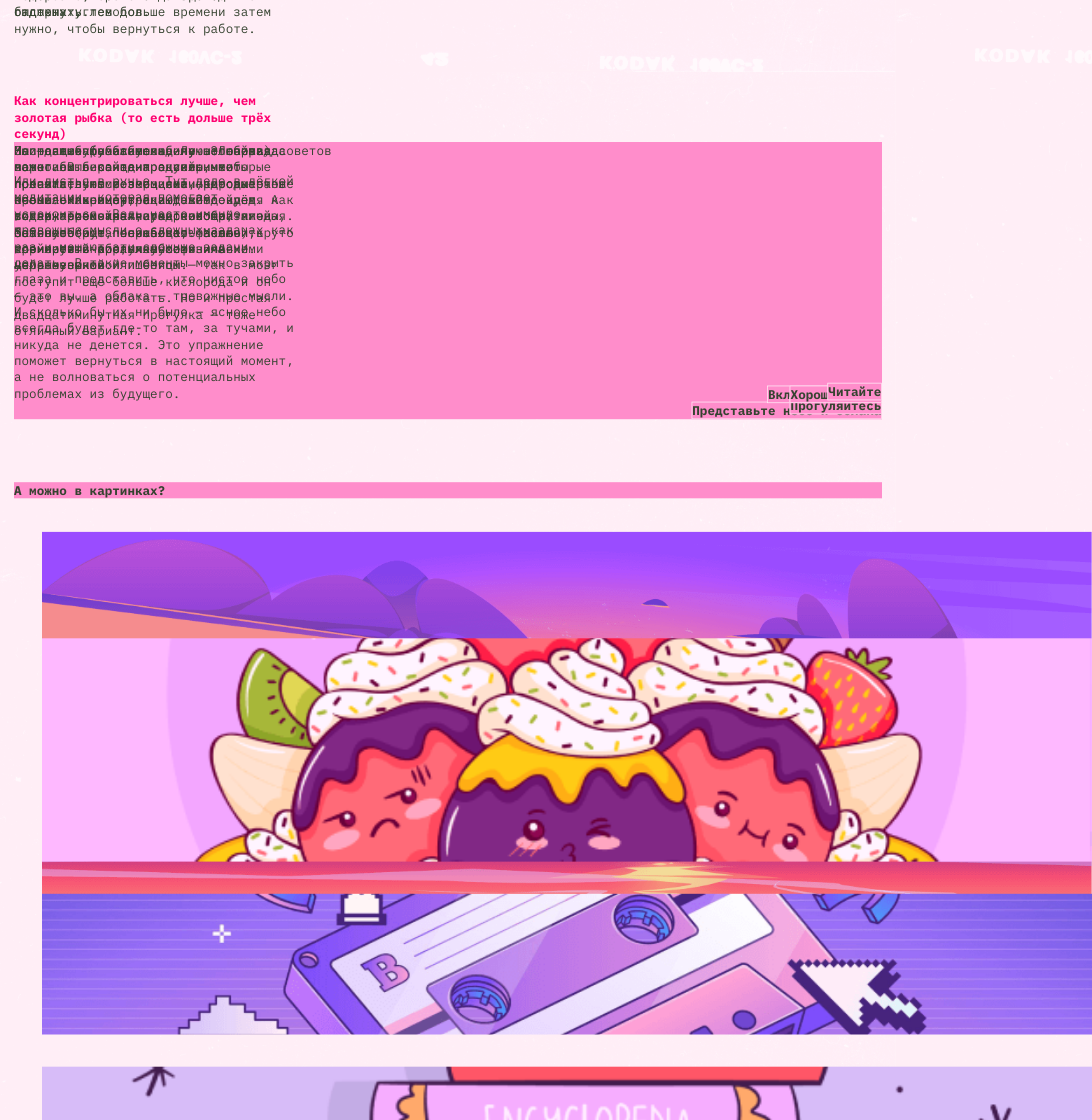
Repository: NikWolf75/slozhno-sosredotochitsya-fd
Page: index.html
An editor plug-in stored every save of this project. The page is shown before and after the next save, followed by the edit.
The browser window is 1280 px wide. The page is 1560 px wide, so the pictures cover 1560 px, including what lies to the right of the window. The pictures show the part of the page from y = 1497 to 3097 px (the page is 4385 px tall before and 4360 px after), at 70% of full size.
Backgrounds fixed to the window are drawn as part of the page.

Above is the page before, as saved 2025-02-27 21:06:13.

### index.html
<!DOCTYPE html>
<html lang="ru">
  <head>
    <meta charset="UTF-8" />
    <meta http-equiv="X-UA-Compatible" content="IE=edge" />
    <meta name="viewport" content="width=device-width, initial-scale=1.0" />
    <meta name="color-scheme" content="dark light" />
    <link rel="stylesheet" href="/fonts/fonts.css" />
    <link rel="stylesheet" href="/styles/globals.css" />
    <link rel="stylesheet" href="/styles/variables.css" />
    <link rel="stylesheet" href="/styles/style.css" />
    <link rel="stylesheet" href="/styles/dark.css" />
    <link rel="stylesheet" href="/styles/light.css" />
    <link rel="icon" href="/images/favicon.ico" sizes="any" />
    <link rel="icon" href="/images/favicon.svg" type="image/svg+xml" />
    <title>Сложно сосредоточиться</title>
    <script src="./scripts/script.js"></script>
  </head>
  <body class="page">
    <header class="header decorated-zone">
      <p class="rec_element">REC</p>
      <nav class="header__theme-menu">
        <ul class="header__theme-menu-list">
          <li class="header__theme-menu-item">
            <button
              class="header__theme-menu-button header__theme-menu-button_type_light"
            >
              День
            </button>
          </li>
          <li class="header__theme-menu-item">
            <button
              class="header__theme-menu-button header__theme-menu-button_active header__theme-menu-button_type_auto"
              disabled
            >
              Авто
            </button>
          </li>
          <li class="header__theme-menu-item">
            <button
              class="header__theme-menu-button header__theme-menu-button_type_dark"
            >
              Неон
            </button>
          </li>
        </ul>
      </nav>
      <h1 class="title_main">no focus</h1>
      <div class="title-decor">
        <p>Что делать, когда не можешь делать ничего</p>
        <p>
          Или почему нам так сложно сконцентрироваться, особенно когда очень
          надо
        </p>
      </div>
    </header>
    <main class="content">
      <section class="content__section">
        <h2 class="question_text">Почему сосредоточиться так сложно</h2>
        <article class="content__answers">
          <h3 class=".content__answer-short">Многозадачность</h3>
          <p class="answer_large">
            Особенно сложно сосредоточиться, когда задач много и все они —
            важные. Где же легендарная многозадачность, когда она так нужна вам
            (и всем нанимающим менеджерам этого мира)? А дело в том, что её
            просто не существует. Исследователи
            <a class="link-text" href="#0">выяснили</a>, что мозгу тяжело
            концентрироваться даже на двух делах одновременно. А когда в поле
            внимания попадает несколько важных задач, организм паникует и
            выделяет кортизол и адреналин — «гормоны стресса». Из-за этого мы
            работаем невнимательно: ошибаемся и быстро устаём.
          </p>
        </article>
        <article class="content__answers">
          <h3 class=".content__answer-short">Дофамин</h3>
          <p class="answer_large">
            С гормонами стресса всё понятно, но дальше — ещё интереснее. В нашей
            невозможности сосредоточиться замешана и полная противоположность
            стрессу — дофамин. Это вещество участвует в системе вознаграждения
            мозга. Причём тут он? Мы часто отвлекаемся от важной задачи на
            что-то более «приятное» для мозгов. Например, смотрим лайки в
            соцсетях. В это время и выделяется дофамин — и мы чувствуем
            удовольствие. Получается замкнутый круг: чем больше отвлекаешься,
            тем больше удовольствия получаешь.
          </p>
        </article>
      </section>
      <section class="content__section content__what">
        <h2 class="question_text">Что снижает концентрацию внимания?</h2>
        <article class="content__answers">
          <h3 class="content__answer-short">Многозадачность</h3>
          <p class="answer_large">
            Как концентрация может снижаться из-за… концентрации? Любая
            стрессовая ситуация (и резко меняющийся мир в целом) заставляет наш
            мозг постоянно «сканировать» окружающую среду на предмет опасности.
            Например, читать новости вместо работы. Но быть собранными всё время
            — невозможно. Концентрация — мышца, и она может не выдержать, если
            не давать ей отдохнуть.
          </p>
        </article>
        <article class="content__answers">
          <h3 class="content__answer-short">Еда</h3>
          <p class="answer_large">
            «Быстрые углеводы» — сахар, белый хлеб, сладости — молниеносно
            доставляют в мозг энергию и помогают ему лучше работать. Но уходит
            эта энергия также быстро, как и приходит. А мы в результате попадаем
            на «углеводные качели»: как только действие «быстрых углеводов»
            заканчивается, мы чувствуем усталость и сонливость. И хотим ещё
            больше быстрых углеводов.
          </p>
        </article>
        <article class="content__answers">
          <h3 class="content__answer-short">Гаджеты</h3>
          <p class="answer_large">
            Да-да, это та самая ситуация, когда на экране ноутбука — код, в
            наушниках — подкаст, а на компьютере фоном — ещё и видео с забавными
            утятами. В результате мозг пытается переключиться с одной задачи на
            другую — и просто не может. А чтобы вернуться к состоянию полной
            концентрации, человеку в среднем нужно 20 минут. Вот и получается,
            что чем больше времени мы проводим в гаджетах, тем больше времени
            затем нужно, чтобы вернуться к работе.
          </p>
        </article>
      </section>
      <section class="content__section">
        <h2 class="question_text">
          Как концентрироваться лучше, чем золотая рыбка (то есть дольше трёх
          секунд)
        </h2>
        <article class="content__answers advice">
          <h3 class="content__answer-short sub_content__answer-short">
            5 простых (на самом деле не очень) советов
          </h3>
          <h4 class="content__section-text_block-undertitle title-decor">
            Представьте небо и облака
          </h4>
          <p class="answer_large">
            Или листья в ручье. Тут дело в лёгкой медитации, которая помогает
            успокоиться. Ведь часто именно тревожные мысли о сложных задачах как
            раз и мешают эти сложные задачи делать. В такие моменты можно
            закрыть глаза и представить, что чистое небо — это вы, а облака —
            тревожные мысли. И сколько бы их ни было — ясное небо всегда будет
            где-то там, за тучами, и никуда не денется. Это упражнение поможет
            вернуться в настоящий момент, а не волноваться о потенциальных
            проблемах из будущего.
          </p>
        </article>
        <article class="content__answers">
          <h4 class="content__section-text_block-undertitle title-decor">
            Включите музыку
          </h4>
          <p class="answer_large">
            Но не любую, и не любимую. Любимая может быть связана с сильными
            положительными эмоциями, которые тоже очень сильно отвлекают.
            Подойдёт тихая, спокойная, умеренно-ритмичная. Можно вообще
            попробовать включить плейлист с «белым шумом» или нейромузыкой.
          </p>
        </article>
        <article class="content__answers">
          <h4 class="content__section-text_block-undertitle title-decor">
            Прогуляйтесь
          </h4>
          <p class="answer_large">
            Или даже пробегитесь. Лучше найти парк или лес: один эксперимент
            <a class="link-text" href="#0">показал</a>, что созерцание природы
            повышает концентрацию, в то время как после просмотра городских
            пейзажей она наоборот понижается. Можно совместить прогулку с
            физическими упражнениями или бегом — так в мозг поступит ещё больше
            кислорода и он будет лучше работать. Но и простая двадцатиминутная
            прогулка — тоже отличный вариант.
          </p>
        </article>
        <article class="content__answers">
          <h4 class="content__section-text_block-undertitle title-decor">
            Хорошо ешьте
          </h4>
          <p class="answer_large">
            Мы — не ваша бабушка, но это правда важно. Выбирайте продукты,
            которые препятствуют резким скачкам сахара в крови. Например, с
            высоким содержанием клетчатки: овощи, ягоды, бобовые (нут, чечевица,
            фасоль), коричневый рис, хлеб из цельнозерновой пшеницы.
          </p>
        </article>
        <article class="content__answers">
          <h4 class="content__section-text_block-undertitle title-decor">
            Читайте
          </h4>
          <p class="answer_large">
            Настоящие бумажные книги. Это правда помогает с концентрацией: чтобы
            прочитать пост в соцсети, достаточно нескольких минут или даже
            секунд. А вот интересная книга способна затянуть и на несколько
            часов и круто тренирует направленное внимание.
          </p>
        </article>
      </section>
      <section class="content__section content__gallery">
        <h2 class="content__answer-short">А можно в картинках?</h2>
        <div class="gallery">
          <figure class="gallery__item">
            <img
              class="content__section-image"
              src="./images/sunset.png"
              alt="Вид острова на закате"
              loading="lazy"
            />
          </figure>
          <figure class="gallery__item">
            <img
              class="gallery__section-image"
              src="./images/ice-cream.png"
              alt="Чаша с мороженным"
              loading="lazy"
            />
          </figure>
          <figure class="gallery__item">
            <img
              class="gallery__section-image"
              src="./images/tape.png"
              alt="Кассета"
              loading="lazy"
            />
          </figure>
          <figure class="gallery__item">
            <img
              class="gallery__section-image"
              src="./images/books.png"
              alt="Стопка книг"
              loading="lazy"
            />
          </figure>
          <figure class="gallery__item">
            <img
              class="gallery__section-image"
              src="./images/street.png"
              alt="Улица"
              loading="lazy"
            />
          </figure>
        </div>
      </section>
    </main>
    <footer class="footer decorated-zone">
      <h2 class="title_main footer__title">focus</h2>
    </footer>
  </body>
</html>

### styles/globals.css
*,
*::before,
*::after {
  box-sizing: border-box;
}

body {
  min-inline-size: 375px;
  max-inline-size: 1440px;
  margin: 0 auto;
  padding: 0;
}

h1,
h2,
h3,
h4,
h5,
h6,
p {
  margin: 0;
}

ul {
  margin: 0;
  padding: 0;
  list-style: none;
}

picture {
  margin: 0;
  padding: 0;
}

button,
a {
  font-family: inherit;
  font-size: inherit;
  line-height: inherit;
  text-decoration: none;
  color: currentColor;
  appearance: none;
  margin: 0;
  padding: 0;


}

### styles/variables.css
:root {
  --main-font: 'IBM Plex mono';
}

### styles/style.css
.page {
  display: flex;
  flex-direction: column;
  font-family: var(--main-font), monospace;
  font-size: var(--main-font-size, 18px);
  position: relative;
  font-weight: 700;
  background-color: var(--main-background-color);
  background-image: var(--main-background-image, url("../images/cover-image-dark.png"));
  background-repeat: no-repeat;
  background-attachment: fixed;
  background-position: center;
  background-size: cover;
  color: var(--main-font-color);
 }

.decorated-zone {
  position: relative;
}

.decorated-zone::after,
.decorated-zone::before {
  position: absolute;
  inline-size: 25px;
  block-size: 25px;
  content: "";
  border: 1px solid var(--corner-color);
}

.decorated-zone::after {
  border-top: none;
  border-right: none;
  bottom: 10px;
  left: 10px;
}

@media (width >= 768px) {
  .decorated-zone::before {
    right: 20px;
    top: 20px;
  }
}

.decorated-zone::before {
  border-left: none;
  border-bottom: none;
  right: 10px;
  top: 10px;
}

@media (width >= 768px) {
  .decorated-zone::before {
    bottom: 20px;
    left: 20px;
  }
}

.rec_element {
  position: absolute;
  align-self: start;
  justify-self: end;
  margin: 0;
  right: 10px;
  margin-right: 28px;
  grid-column: 3;
  grid-row: 1;
  color: var(--rec-theme-color);
  gap: 10px;
}

@media (width >= 768px) {
  .rec_element {
    right: 20px;
  }
}

.rec_element::after {
  content: "";
  border-radius: 50%;
  position: absolute;
  top: 8px;
  left: 44px;
  background: var(--accent-color);
  width: 10px;
  height: 10px;
  box-shadow: 0 0 4px 2px var(--accent-color)
}

.header {
  display: grid;
  grid-template-columns: repeat(3, 1fr);
  grid-template-rows: 1fr min-content 1fr;
  align-items: center;
  justify-items: end;
  position: relative;
  block-size: min(668px, 100vh);
  padding: var(--main-padding-small, 10px);
  inline-size: 100%;
 }

 @media (width >= 768px) {
  .header {
    padding: 20px 20px 20px 0;
    block-size: max(1024px, 100vh);
  }
 }

 @media (width >= 1024px) {
  .header {
    block-size: max(768px, 100vh);
  }
 }

 .header__theme-menu {
  grid-column: 3;
  grid-row: 1;
  justify-self: end;
  align-self: center;
}

@media (width >= 1024px) {
  .header__theme-menu {
    grid-column: 1 / -1;
    align-self: start;
    justify-self: center;
    margin-left: 20px;
  }
 }

.header__theme-menu-list {
  display: flex;
  flex-direction: column;
  list-style: none;
  row-gap: 10px;
}

@media (width >= 1024px) {
  .header__theme-menu-list {
    display: flex;
    flex-direction: row;
    column-gap: 10px;
  }
 }

.header__theme-menu-button {
  font-family: inherit;
  background: transparent;
  color: var(--button-text-color);
  border: none;
  text-transform: lowercase;
  border: none;
  height: 26px;
  padding-right: 13px;
  padding-left: 13px;
}

.header__theme-menu-bitton:hover {
  outline: 1px solid var(--button-outline-color)
}

.header__theme-menu-button_active {
  outline: 1px solid var(--button-theme-colo);
}

.header__theme-menu-button:focus {
  outline: none;
  text-decoration: underline;
}

.header__theme-menu-button:focus-visible {
  outline: none;
  text-decoration: underline;
}

.title_main {
  font-family: inherit;
  font-size: clamp(7.25rem, 7.0115rem + 1.0178vw, 7.5rem);
  line-height: 95.7px;
  color: var(--title-main-text-color);
  text-shadow: 4px 4px 0 var(--accent-color);
  cursor: default;
  grid-column: 1 / -1;
  grid-row: 2;
}

@media (width >= 1024px) {
  .title_main {
    line-height: 129px;
  }
}

@media (width >= 768px) {
  .title_main {
    font-size: clamp(7.5rem, 0.5625rem + 14.4531vw, 9.8125rem);
    font-weight: 700;
    line-height: 99px;
  }
}

.title-decor {
  font-weight: 700;
  font-family: var(--main-font), monospace;
  line-height: 23px;
  background-color: var(--accent-color);
  color: var(--title-font-color);
  grid-row: 3;
  grid-column: 1 / -1;
  border: 1px solid var(--main-background-color);
  margin: 0;
  justify-self: end;
  align-self: center;
}

@media (width >= 768px) {
  .title-decor {
    max-width: 49%;
  }
}

.content {
  display: flex;
  box-sizing: border-box;
  flex-direction: column;
  padding: 40px 10px 0 10px;
  row-gap: 50px;
}

@media (width >= 768px) {
  .content {
    padding: 60px 20px 20px 20px;
    row-gap: 80px;
  }
  .content__section {
    display: grid;
    grid-template-columns: 1fr 2fr;
    column-gap: 20px;
  }
}

@media (width >= 1024px) {
  .content__section {
    column-gap: 10px;
  }
}

.content__what, .content__answers {
  margin-bottom: 20px;
}

.content__what, .content__answers:last-of-type {
  margin-bottom: 0;
}

.content__gallery, .content__answer-short {
  font-size: 18px;
}

@media (width >= 768px) and (width < 1024px) {
  .content__what,
  .content__gallery {
    display: grid;
    grid-template-columns: repeat(3, 1fr);
    grid-template-rows: min-content, 1fr;
    row-gap: 20px;
  }

  .content__what, .question_text {
    grid-row: 1;
    grid-column: 1;
  }

  .content__what, .content__answers {
    grid-row: 2;
    grid-column: 1 / -1;
    margin-bottom: 20px;
  }

  .content__gallery, .content__answer-short {
    grid-row: 1;
    grid-column: 1 / -1;
    margin: 0;
  }

  .content__gallery, .gallery {
    grid-row: 2;
    grid-column: 1 / -1;
  }
}

@media (width >= 1024px) {
  .content__what,
  .content__gallery {
    display: grid;
    grid-template-columns: repeat(3, 1fr);
    row-gap: 20px;
  }

  .content__what, .question_text {
    grid-row: 1;
    grid-column: 1;
  }

  .content__what, .content__answers {
    display: grid;
    grid-row: 2;
    grid-column: 1 / -1;
    column-gap: 20px;
    grid-template-columns: repeat(auto-fit, minmax(calc((100% - 40px) / 3), 1fr));
  }

  .content__gallery, .content__answer-short {
    grid-row: 1;
    grid-column: 1 / -1;
    margin: 0;
  }

  .content__gallery, .gallery {
    grid-row: 2;
    grid-column: 1 / -1;
  }
}

.question_text {
  font-family: var(--main-font), monospace;
  font-size: 18px;
  font-weight: 700;
  line-height: 23.5px;
  color: var(--question_text-color);
  margin: 0;
  margin-bottom: 20px;
}

@media (width >= 768px) {
  .question_text {
    padding-right: 9px;
    margin-bottom: 0;
  }
}

.content__answers {
  font-family: var(--main-font), monospace;
  font-size: 18px;
  font-weight: 700;
  line-height: 23.5px;
  color: var(--content__answer-short-color);
}

.content_how {
  display: flex;
  flex-direction: column;
}

.content__answer-short {
  color: var(--content__answer-short-color);
  background-color: var(--accent-color);
  margin: 0;
  margin-bottom: 10px;
  font-family: inherit;
  font-size: inherit;
  font-weight: inherit;
  line-height: inherit;
}

.sub_content__answer-short {
  margin-bottom: 20px;
}

.answer_large {
  font-family: inherit;
  font-size: inherit;
  font-weight: 400;
  line-height: inherit;
  color: var(--answer-text-color);
  margin: 0;
  margin-bottom: 20px;
}

.content__answers, .answer_large:last-of-type {
  margin-bottom: 0;
}

.link-text {
  text-decoration: none;
  color: inherit;
  text-shadow: 2px 2px 0 var(--shadow-accent-color);
}

.link-text:hover {
  border-bottom: 1px solid var(--menu-color);
}

.link-text:focus {
  outline: none;
  border: none;
}

.link-text:focus-visible {
  outline: 1px solid var(--answer-text-color);
  border: 1px solid transparent;
  color: var(--answer-text-color);
}

.advice {
  font-family: var(--main-font), monospace;
  font-size: 18px;
  font-weight: 400;
  background-color: var(--accent-color);
  line-height: 23.4px;
  margin: 0 0 10px 0;
}

.gallery {
  display: grid;
  grid-template-columns: 1fr;
  grid-template-rows: 142px 355px 237px 355px 237px;
  gap: 10px;
  grid-auto-flow: dense;
  margin-bottom: 40px;
}

.gallery__item {
  margin: o;
}

.gallery__section-image {
  object-fit: cover;
  inline-size: 100%;
  block-size: 100%;
}

.footer {
  display: grid;
  height: 100vh;
  padding: 10px;
  block-size: max(668px, 100vh);
  grid-template-columns: 1fr;
  grid-template-rows: 1fr min-content 1fr;
}

.footer_title {
  justify-self: center;
}

### styles/dark.css
:root.theme-dark {
  --main-background-color: #000028;
  --main-font-color: #F1B2CE;
  --title-color: #ff0070;
  --title-font-color: #000028;
  --accent-color: #ff0070;
  --title-main-text-color: #db00ff;
  --rec-theme-color: #ff0070;
  --button-text-color: #ff0070;
  --button-outline-color: rgb(255 0 112 / 40%);
  --main-background-image: url("../images/cover-image-dark.png");
  --question_text-color: #FF0070;
  --content__answer-short-color: #F1B2CE;
  --corner-color: #ff0070;
}

### styles/light.css
:root.theme-light {
  --main-background-color: #fff1f7;
  --main-font-color: #354330;
  --title-color: #354330;
  --title-font-color: #354330;
  --accent-color: #ff8dcb;
  --title-main-text-color: #ffc2e6;
  --rec-theme-color: #354330;
  --button-text-color: #354330;
  --button-outline-color: rgb(50 49 45 / 40%);
  --main-background-image: url("../images/cover-image-light.png");
  --question_text-color: #FF0070;
  --content__answer-short-color: #354330;
  --corner-color: #354330;
}

.theme-light .page .rec_element {
  display: none;
}

@media (prefers-color-scheme: light) {
  :root {
  --main-background-color: #fff1f7;
  --main-font-color: #354330;
  --title-color: #354330;
  --title-font-color: #354330;
  --accent-color: #ff8dcb;
  --title-main-text-color: #ffc2e6;
  --rec-theme-color: #354330;
  --button-text-color: #354330;
  --button-outline-color: rgb(50 49 45 / 40%);
  --main-background-image: url("../images/cover-image-light.png");
  --question_text-color: #FF0070;
  --content__answer-short-color: #354330;
  --corner-color: #354330;
  }
}

.theme-auto .rec_element {
  display: none;
}

### scripts/script.js
(function initTheme() {
  const theme = localStorage.getItem('theme');
  if (theme) {
    setTheme(theme);
  }
})();

document.addEventListener('DOMContentLoaded', () => {
  const currentTheme = [...document.documentElement.classList]
    .find((cn) => cn.startsWith('theme-'))
    ?.replace('theme-', '');
  const themeButtons = [
    ...document.querySelectorAll('.header__theme-menu-button'),
  ];
  setActiveButton(themeButtons, currentTheme);

  themeButtons.forEach((button) => {
    button.addEventListener('click', () => {
      const chosenTheme = [...button.classList]
        .find((cn) => cn.includes('_type_'))
        .split('_type_')[1];
      setTheme(chosenTheme);
      setActiveButton(themeButtons, chosenTheme);
    });
  });
});

function setTheme(theme) {
  document.documentElement.className = '';
  document.documentElement.classList.add(`theme-${theme}`);
  localStorage.setItem('theme', theme);
}

function setActiveButton(buttonsArray, theme) {
  buttonsArray.forEach((button) => {
    button.classList.remove('header__theme-menu-button_active');
    button.removeAttribute('disabled');
  });
  const target = buttonsArray.find((button) =>
    button.classList.contains(`header__theme-menu-button_type_${theme}`)
  );
  if (target) {
    target.classList.add('header__theme-menu-button_active');
    target.setAttribute('disabled', true);
  } else {
    const autoButton = document.querySelector(
      '.header__theme-menu-button_type_auto'
    );
    autoButton.classList.add('header__theme-menu-button_active');
    autoButton.setAttribute('disabled', true);
  }
}

Loaded but not shown: fonts/fonts.css (common file)

After the next save:
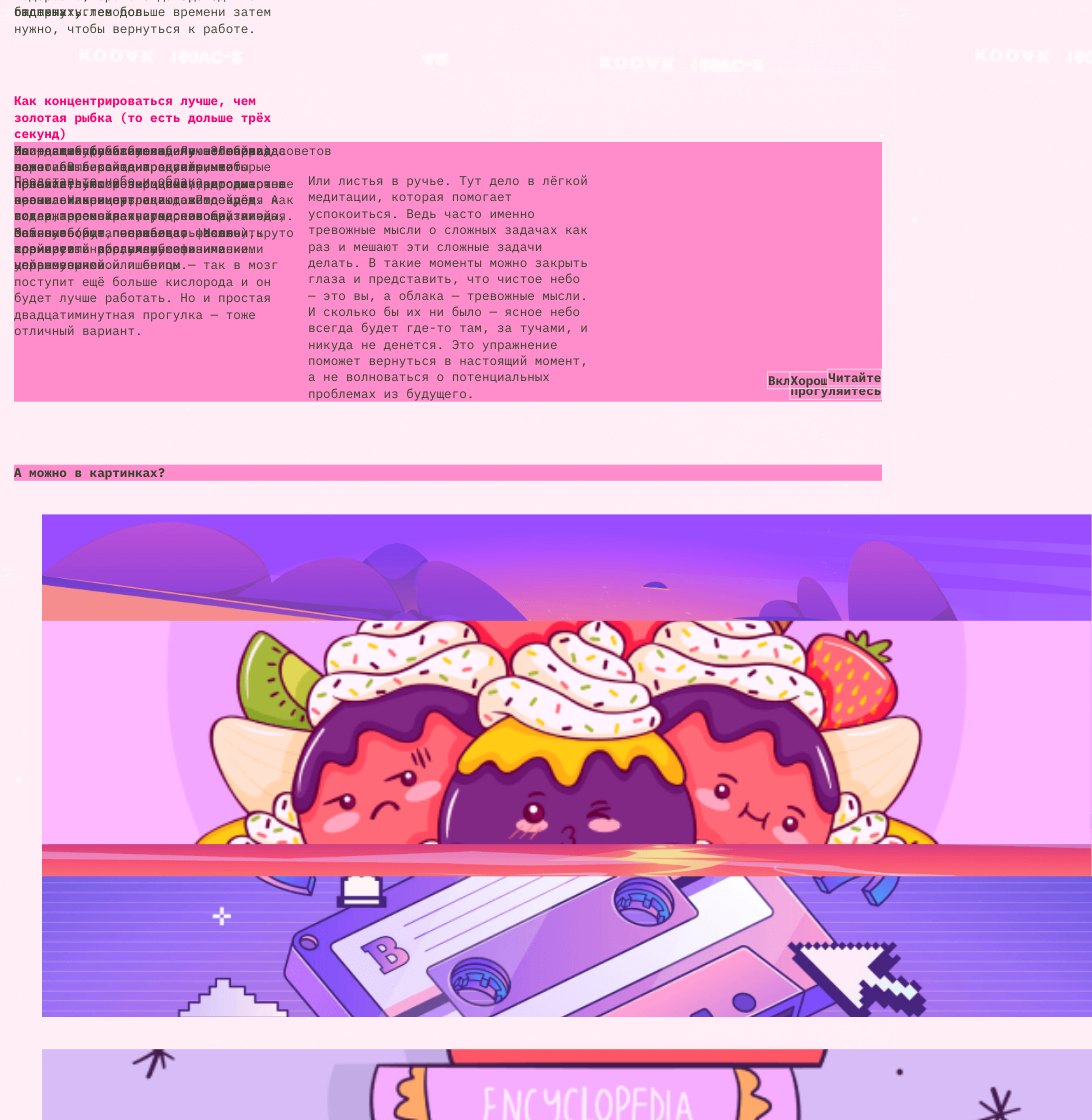
Saved 4 min 8 s later.
--- a/index.html
+++ b/index.html
@@ -131,7 +131,7 @@
           <h3 class="content__answer-short sub_content__answer-short">
             5 простых (на самом деле не очень) советов
           </h3>
-          <h4 class="content__section-text_block-undertitle title-decor">
+          <h4 class="advice">
             Представьте небо и облака
           </h4>
           <p class="answer_large">
